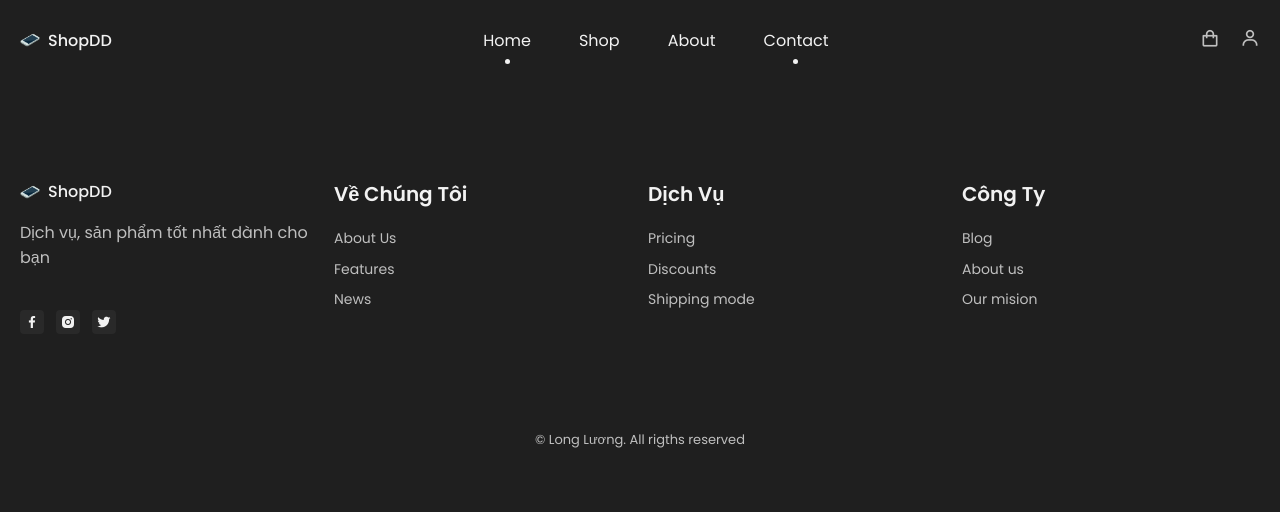
Repository: long5122000/Shopc
Page: contact.html
An editor plug-in stored every save of this project. The page is shown before and after the next save, followed by the edit.
The browser window is 1280 px wide. The pictures show the whole page.
The style sheet was rebuilt from its Sass, Less or Tailwind sources for each picture, by a compiler version that may differ from the author's.

Above is the page before, as saved 2021-12-01 09:38:18.

After the next save:
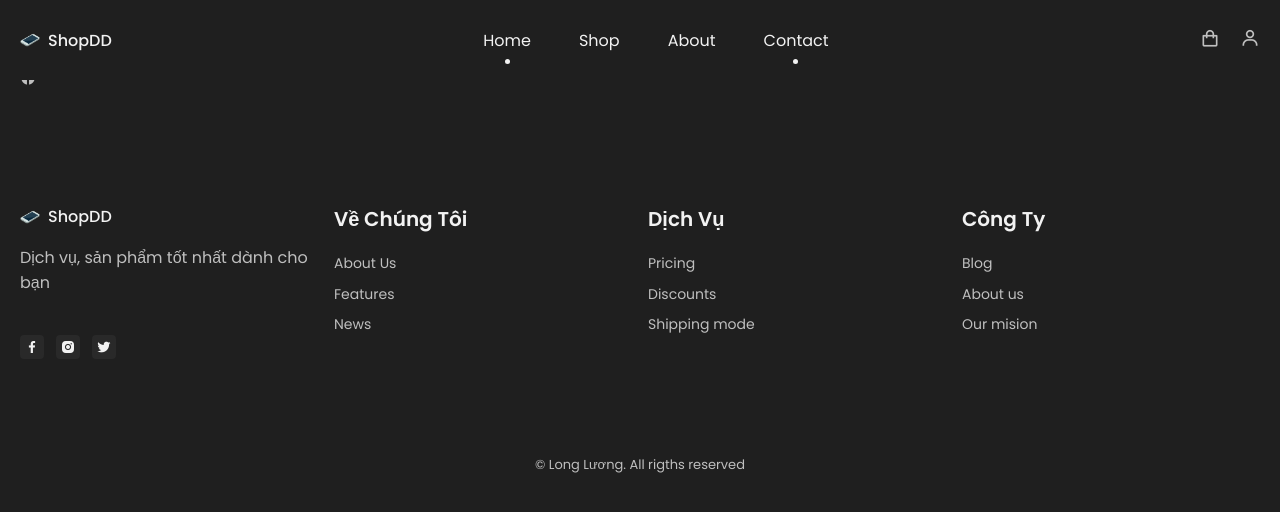
Saved 75 s later.
--- a/contact.html
+++ b/contact.html
@@ -246,6 +246,9 @@
     <main class="main">
       <section class="contact container" id="contact">
         <h1 class="contact__title">Hãy Kết Nối Với Chúng Tôi</h1>
+        <div class="contact__list">
+          <i class="bx bxl-facebook-circle"></i>
+        </div>
       </section>
     </main>
     <footer class="footer section">
